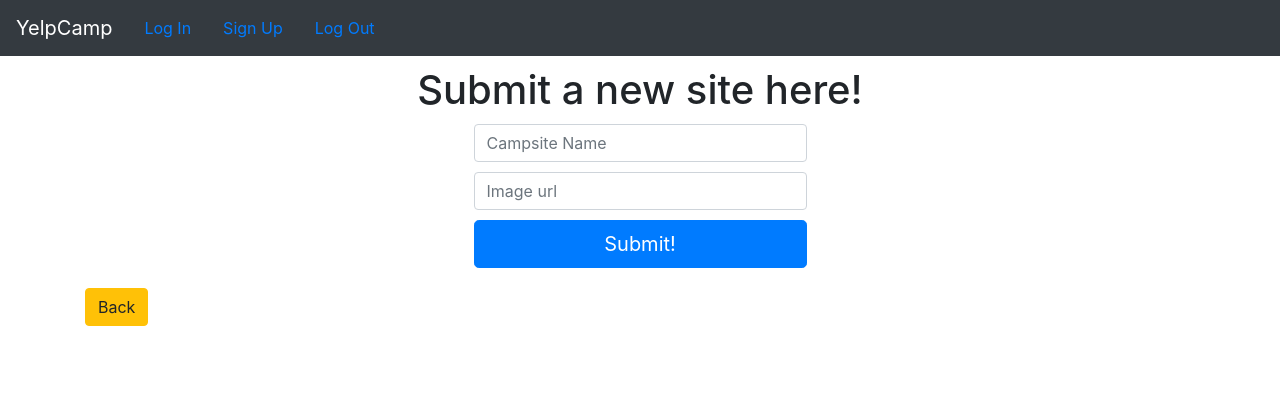
Repository: ritwikjog/Yelp-Camp
Page: http://localhost/campsites/new
The author's editor kept a record of every edit. The page is drawn from the files as they stood at one moment, then again after the next edit.
The browser window is 1280 px wide. The pictures show the whole page.
Some web libraries are served in a nearby version. The page is served by the project's Node server (v2/app.js).

Above is the page before.

After the next edit:
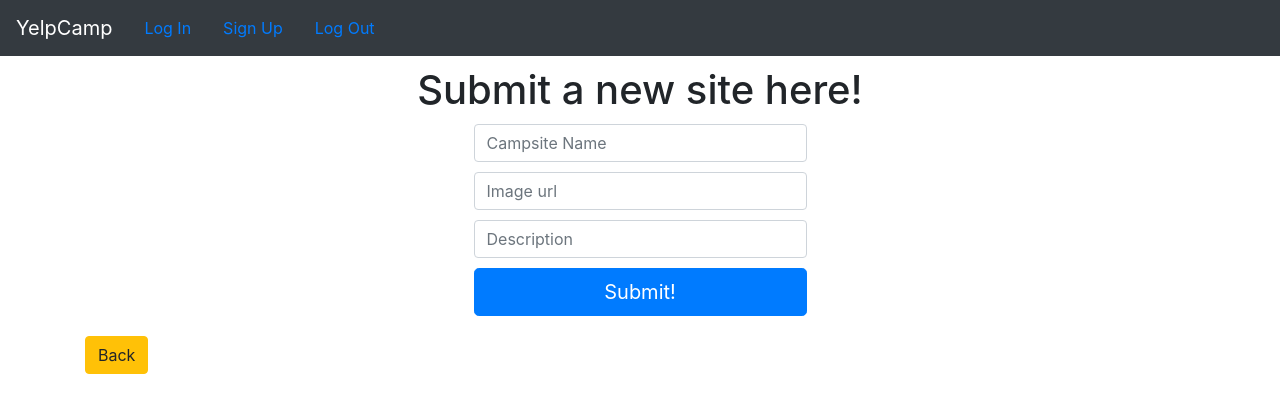
The edit:
--- a/v2/views/new.ejs
+++ b/v2/views/new.ejs
@@ -9,6 +9,9 @@
              <div class="form-group" style="width:30%; margin:10px auto;">
                  <input class="form-control" type="text" placeholder="Image url" name="image">
              </div>
+             <div class="form-group" style="width:30%; margin:10px auto;">
+                 <input class="form-control" type="text" placeholder="Description" name="desc">
+             </div>
              <div class="form-group" style="width:30%; margin:0 auto;">
                  <button class="btn btn-lg btn-primary btn-block text-center">Submit!</button>
              </div>
